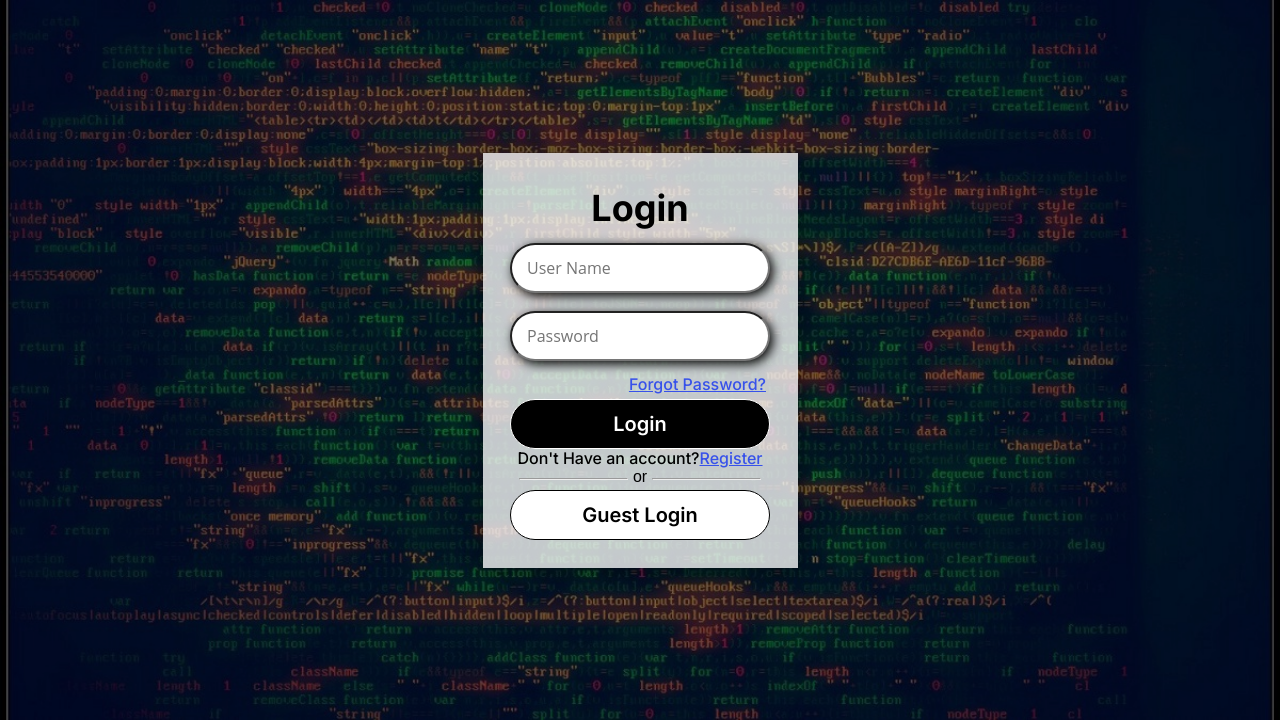
Repository: Cherced/virtualassistant
Page: /Login
An editor plug-in stored every save of this project. The page is shown before and after the next save, followed by the edit.
The browser window is 1280 px wide. The pictures show the whole page.
The project was rebuilt for these pictures with package versions that can differ from the ones it lists, and the page was loaded fresh each time. The framework's server and built-in components were replaced by stand-ins that run in the browser.

Above is the page before, as saved 2022-07-15 14:53:13.

After the next save:
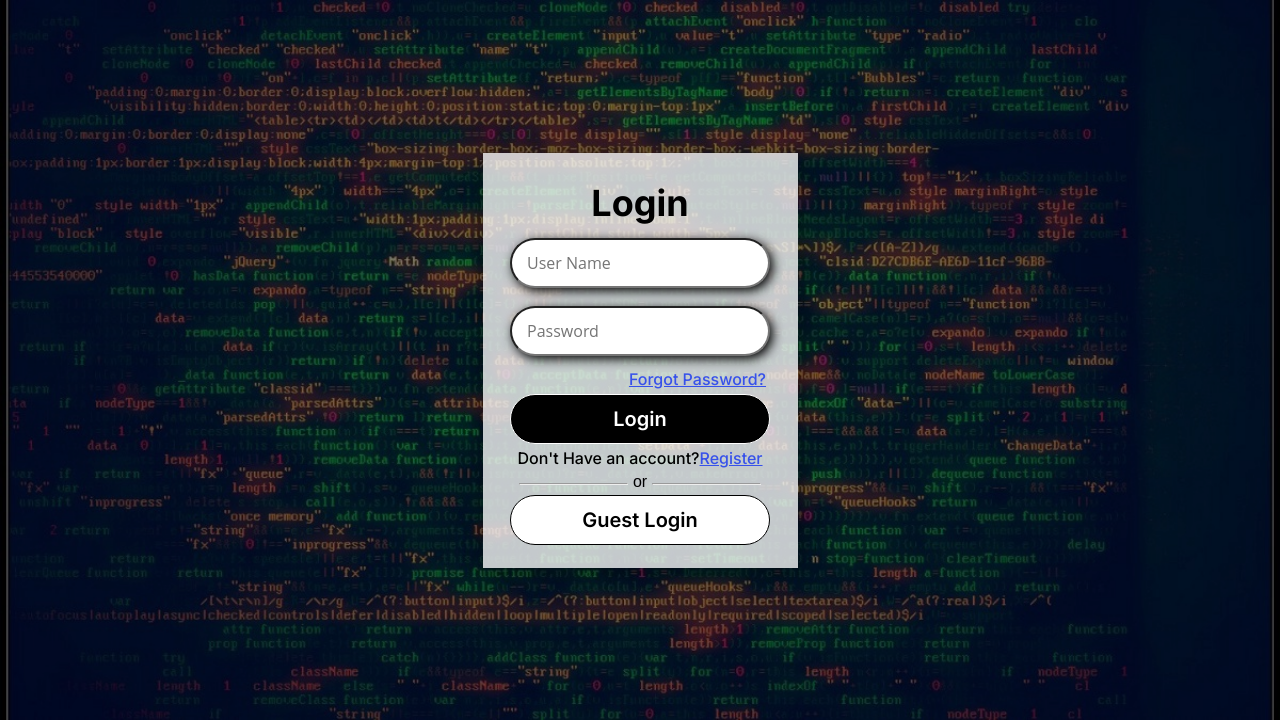
Saved 8 s later.
--- a/sass/pages/_login.scss
+++ b/sass/pages/_login.scss
@@ -49,8 +49,9 @@
 
         }
         .loginForm__info{
+            margin: 5px 0;
             .loginForm__label {
-                margin: 5px 0;
+
                 font-family: $mainFont;
                 font-style: normal;
                 font-weight: 400;
